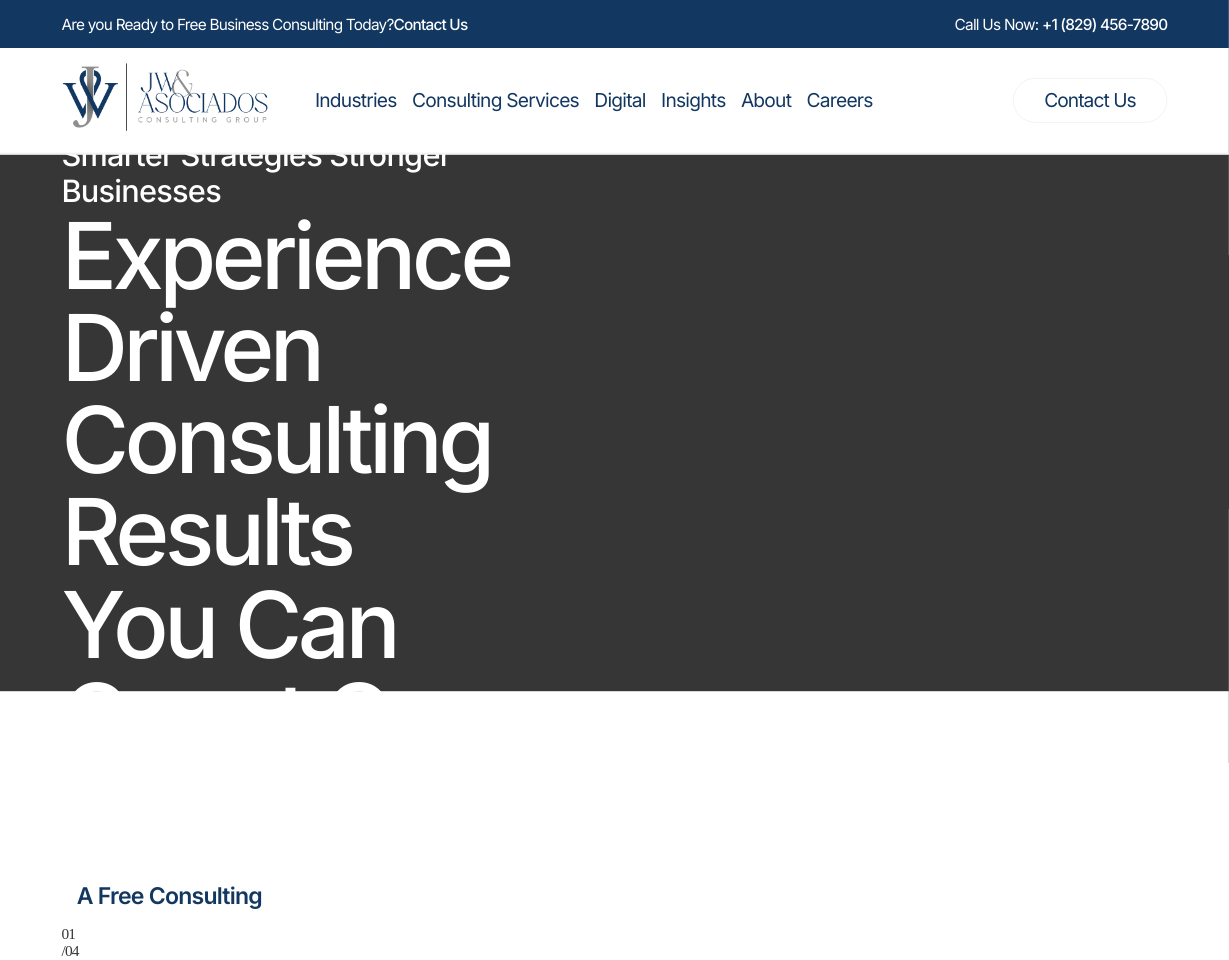
Repository: June-t/jwsyasociados
Page: /
The author's editor kept a copy of each file at every save. The page is drawn from the files as they stood at one save, then again after the next save.
The browser window is 1280 px wide. The pictures show the whole page, at 96% of full size.
The project was rebuilt for these pictures with package versions that can differ from the ones it lists, and the page was loaded fresh each time. The framework's server and built-in components were replaced by stand-ins that run in the browser. Also part of the build but not shown: next.config.ts.

Above is the page before, as saved 2025-10-22 15:57:48.

### src/app/layout.tsx
import type { Metadata } from "next";
import { Inter } from "next/font/google";
// Styles
// @ts-ignore
import "../app/style/main.css";

import Footer from "@/app/common/Footer";
import Header from "@/app/common/Header";

const inter = Inter({ subsets: ["latin"], variable: "--font-inter" });

export const metadata: Metadata = {
  title: "Create Next App",
  description: "Generated by create next app",
};

export default function RootLayout({
  children,
}: Readonly<{
  children: React.ReactNode;
}>) {
  return (
    <html lang='en'>
      <body className={`${inter.variable} antialiased`}>
        <Header />
        <main className='wrapper'>{children}</main>
        <Footer />
      </body>
    </html>
  );
}

### src/app/page.tsx
export default function Main() {
  return (
    <>
      <section className='main__hero'>
        <div className='hero__slider'>
          <span>Smarter Strategies Stronger Businesses</span>
          <h1>
            Experience Driven <br /> Consulting Results <br /> You Can Count On
          </h1>
          <p>
            Whether you're Icmng to streamline operations, scale sustainably, or
            navigate complex challenges, our consulting services are built to
            deliver measurable results and long-term impact & hands support.
          </p>
          <a href='#'>A Free Consulting</a>
        </div>
        <div className='hero__progress'>
          <div className='progress__status'>
            <span>01</span>
          </div>
          <div className='progress__line' />
          <div className='progress__total'>
            <span>/04</span>
          </div>
        </div>
      </section>
      <section className='main__about'></section>
      <section className='main__services'></section>
      <section className='main__clients'></section>
      <section className='main__work'></section>
      <section className='main__team'></section>
      <section className='main__contact'></section>
    </>
  );
}

### src/app/style/main.css
/* SETTINGS */
@import "./settings/_settings.import.css";

/* TOOLS  */
@import "./tools/_tools.import.css";

/* GENERIC  */
@import "./generic/_generic.import.css";

/* ELEMENTS  */
@import "./elements/_elements.import.css";

/* OBJECTS  */
@import "./objects/_objects.import.css";

/* COMPONENTS  */
@import "./components/_components.import.css";

/* PAGES  */
@import "./pages/_pages.import.css";

/* TRUMPS  */
@import "./trumps/_trumps.css";

### src/app/common/Footer.tsx
export default function Footer() {
  return <footer className='footer'></footer>;
}

### src/app/common/Header.tsx
import Logo from "@/app/assets/logo.png";
export default function Header() {
  return (
    <header className='header'>
      <div className='header__banner'>
        <span>
          Are you Ready to Free Business Consulting Today?
          <a href='#'>Contact Us</a>
        </span>
        <span>
          Call Us Now: <a>+1 (829) 456-7890</a>
        </span>
      </div>
      <div className='header__navegation'>
        <div className='header__logo'>
          <img src={Logo.src} alt='JWS Y Asociados Logo' />
        </div>
        <div className='header__nav'>
          <ul className='header__nav-list'>
            <li className='header__nav-item'>
              <a href='#'>Industries</a>
            </li>
            <li className='header__nav-item'>
              <a href='#'>Consulting Services</a>
            </li>
            <li className='header__nav-item'>
              <a href='#'>Digital</a>
            </li>
            <li className='header__nav-item'>
              <a href='#'>Insights</a>
            </li>
            <li className='header__nav-item'>
              <a href='#'>About</a>
            </li>
            <li className='header__nav-item'>
              <a href='#'>Careers</a>
            </li>
          </ul>
        </div>
        <div className='header__menu'>
          <button className='btn__primary'>Contact Us</button>
          <div className='btn__menu'></div>
        </div>
      </div>
    </header>
  );
}

### src/app/style/settings/_settings.import.css
@import "./_variables.css";

### src/app/style/tools/_tools.import.css
@import "./_mixins.css";

### src/app/style/generic/_generic.import.css
@import "./_base.css";
@import "./_reset.css";

### src/app/style/elements/_elements.import.css
@import "./_articles.css";

### src/app/style/objects/_objects.import.css
@import "./_object.css";

### src/app/style/components/_components.import.css
@import "./_header.css";
@import "./_footer.css";

### src/app/style/pages/_pages.import.css
@import "./_home.css";

### src/app/style/generic/_base.css
* {
  box-sizing: border-box;
}

html,
body {
  height: auto;
  color: var(--black);
}
.wrapper {
  height: auto;
}

### src/app/style/settings/_variables.css
:root {
  /* colors primary */
  --primary: #123761;
  /* colors */
  --white: #fff;
  --black: #363636;
  --gray: #8e8e8e;
  /* space */
  --wrapper-space: clamp(20px, 5vw, 100px); /* Min: 20px, Max: 200px */
  --wrapper-space-articles: 40dvh; /* Min: 20px, Max: 40dvh */
  --wrapper-space-article: 40dvh;
  --max-width: 135rem;
  /* weight */
  --w-light: 300;
  --w-regular: 400;
  --w-medium: 500;
  --w-semibold: 600;
  --w-bold: 700;
  /* z-index */
  --top: 999;
  /* font-size */
  --junicode: "Junicode VF";
  --helvetica: "Helvetica";
  /* Tipografía responsiva (sin breakpoints manuales) */
  --f-smallest: clamp(12px, 1vw + 14px, 16px); /* Min: 12px, Max: 18px */
  --f-small: clamp(14px, 1vw + 16px, 20px); /* Min: 14px, Max: 20px */
  --f-medium: clamp(16px, 1vw + 18px, 24px); /* Min: 16px, Max: 24px */
  --f-large: clamp(20px, 1.5vw + 20px, 32px); /* Min: 20px, Max: 32px */
  --f-xlarge: clamp(24px, 2vw + 24px, 40px); /* Min: 24px, Max: 40px */
  --f-xxlarge: clamp(48px, 3vw + 48px, 62px); /* Min: 48px, Max: 96px */
}

:root {
  --wrapper-space-articles: 40dvh;
  --wrapper-space-article: 40dvh;

  @media (width <= 576px) {
    --wrapper-space-articles: 2dvh;
    --wrapper-space-article: 2dvh;
  }
  @media (577px <= width <= 768px) {
    --wrapper-space-articles: 3dvh;
    --wrapper-space-article: 3dvh;
  }
  @media (769px <= width <= 992px) {
    --wrapper-space-articles: 10dvh;
    --wrapper-space-article: 10dvh;
  }

  @media (993px <= width <= 1200px) {
    --wrapper-space-articles: 10dvh;
    --wrapper-space-article: 10dvh;
  }

  @media (1201 <= width <= 1600px) {
    --wrapper-space-articles: 25dvh;
    --wrapper-space-article: 25dvh;
  }

  @media (width > 1601px) {
    --wrapper-space-articles: 40dvh;
    --wrapper-space-article: 60dvh;
  }
}

### src/app/style/pages/_home.css
.main__hero {
  height: 100dvh;
  padding-inline: var(--wrapper-space);
  background: var(--black);
  padding-top: 20dvh;
  padding-bottom: 10dvh;
  display: grid;
  grid-template-rows: 1fr max-content;

  .hero__slider {
    display: flex;
    flex-direction: column;
    justify-content: center;
    width: 50%;

    h1 {
      font-family: var(--font-inter);
      font-style: normal;
      font-weight: 500;
      font-size: 96px;
      line-height: 100%;
      letter-spacing: -0.05em;
      color: var(--white);
    }

    span {
      font-family: var(--font-inter);
      font-weight: var(--w-medium);
      font-size: var(--f-large);
      color: var(--white);
    }

    p {
      font-family: var(--font-inter);
      font-size: var(--f-medium);
      color: var(--white);
      font-weight: var(--w-light);
    }

    a {
      padding: 1rem;
      background: var(--white);
      border-radius: 5rem;
      font-family: var(--font-inter);
      font-weight: var(--w-semibold);
      font-size: var(--f-medium);
      color: var(--primary);
      width: max-content;
    }
  }
}

### src/app/style/tools/_mixins.css
/* Extra pequeños dispositivos (móviles, hasta 576px) */
@media (width <= 576px) {
}

/* Dispositivos pequeños (móviles grandes, entre 577px y 768px) */
@media (577px <= width <= 768px) {
}

/* Dispositivos medianos (tablets, entre 769px y 992px) */
@media (769px <= width <= 992px) {
}

/* Dispositivos grandes (desktops, entre 993px y 1200px) */
@media (993px <= width <= 1200px) {
}

/* Dispositivos extra grandes (desktops grandes, más de 1200px) */
@media (width > 1200px) {
}

### src/app/style/objects/_object.css
.label {
  display: flex;
  grid-gap: 5px;

  .label__category {
    font-weight: var(--w-medium);
    font-size: var(--f-smallest);
    color: var(--primary);
  }

  .label__divider {
    display: flex;
    align-items: center;
    color: var(--primary);
  }

  .label__time {
    font-weight: var(--w-regular);
    font-size: var(--f-smallest);
    color: var(--primary);
  }
}

.seemore {
  display: flex;
  align-items: center;
}

### src/app/style/components/_header.css
.header {
  border-bottom: 2px solid #f2f2f2;
  background: var(--white);
  position: absolute;
  width: 100%;

  .header__banner {
    background: var(--primary);
    padding-inline: var(--wrapper-space);
    padding-block: 1rem;
    display: flex;
    justify-content: space-between;

    span {
      font-family: var(--font-inter);
      font-weight: var(--w-regular);
      font-size: var(--f-smallest);
      color: var(--white);
      grid-gap: 10px;

      a {
        font-family: var(--font-inter);
        font-weight: var(--w-medium);
        font-size: var(--f-smallest);
        color: var(--white);
      }
    }
  }

  .header__navegation {
    display: grid;
    grid-template-columns: max-content 1fr max-content;
    padding-inline: var(--wrapper-space);
    padding-block: 1rem;
    grid-gap: 3rem;

    .header__logo {
      img {
        width: 30dvh;
      }
    }

    .header__nav {
      .header__nav-list {
        list-style: none;
        display: flex;
        grid-gap: 1rem;
        padding: 0px;
        margin: 0px;
        height: 100%;
        align-items: center;
        justify-content: flex-start;

        .header__nav-item {
          a {
            font-weight: var(--w-regular);
            font-size: var(--f-small);
            color: var(--primary);
            font-family: var(--font-inter);
          }
        }
      }
    }

    .header__menu {
      display: flex;
      justify-content: center;
      align-items: center;

      .btn__primary {
        color: var(--primary);
        background: #0000;
        border: 1px solid #f2f2f2;
        border-radius: 2rem;
        padding: 0.8rem 2rem;
        font-family: "Inter";
        font-weight: var(--w-regular);
        font-size: var(--f-small);
        line-height: 19px;
        letter-spacing: -0.05em;
      }
    }
  }
}

### src/app/style/elements/_articles.css
.lastest__content,
.news__square,
.outstanding__aside,
.news__section {
  a {
    &:hover {
      img,
      .flex {
        opacity: 0.5;
        transition: opacity ease-in-out 0.1s;
      }
      h3 {
        color: #868686 !important;
        transition: color ease-in-out 0.1s;
      }
    }
  }
}

.content__item {
  display: flex;
  flex-direction: column;
  grid-gap: 1rem;

  .item__image {
    display: flex;

    a {
      width: 100%;
    }

    img {
      height: 30dvh;
      width: 100%;
      object-fit: cover;
      border-radius: 10px;
      transition: opacity ease-in-out 0.1s;
    }
  }

  .item__information {
    display: flex;
    flex-direction: column;
    grid-gap: 10px;

    h3 {
      font-family: var(--junicode);
      font-weight: var(--w-bold);
      letter-spacing: -0.05em;
      color: var(--black);
      font-size: var(--f-large);
      line-height: 90%;
      transition: color ease-in-out 0.1s;
    }

    p {
      font-weight: var(--w-regular);
      color: #8e8e8e;
      font-size: var(--f-smallest);

      /* Clip */

      overflow: hidden;
      text-overflow: ellipsis;
      white-space: normal;
      word-break: break-word;
      line-height: 1.3;
      max-height: calc(1.3em * 2);
    }
  }
}

### src/app/style/generic/_reset.css
/*! normalize.css v8.0.1 | MIT License | github.com/necolas/normalize.css */

/* Document
   ========================================================================== */

/**
 * 1. Correct the line height in all browsers.
 * 2. Prevent adjustments of font size after orientation changes in iOS.
 */

* {
  margin: 0;
  padding: 0;
  box-sizing: border-box;
}

html {
  line-height: 1.15;
  letter-spacing: -0.05em;
  /* 1 */
  -webkit-text-size-adjust: 100%;
  /* 2 */
}

a:link,
a:visited,
a:active {
  text-decoration: none;
}

iframe {
  border: 0px !important;
}

/* Sections
     ========================================================================== */

/**
   * Remove the margin in all browsers.
   */

body {
  margin: 0;
}

/**
   * Render the `main` element consistently in IE.
   */

main {
  display: block;
}

/**
   * Correct the font size and margin on `h1` elements within `section` and
   * `article` contexts in Chrome, Firefox, and Safari.
   */

blockquote {
  color: var(--white);
}

/* layout.css | http://localhost:3000/_next/static/css/app/layout.css?v=1725121113981 */

/* Grouping content
     ========================================================================== */

/**
   * 1. Add the correct box sizing in Firefox.
   * 2. Show the overflow in Edge and IE.
   */

hr {
  box-sizing: content-box;
  /* 1 */
  height: 0;
  /* 1 */
  overflow: visible;
  /* 2 */
}

/**
   * 1. Correct the inheritance and scaling of font size in all browsers.
   * 2. Correct the odd `em` font sizing in all browsers.
   */

pre {
  font-family: monospace, monospace;
  /* 1 */
  font-size: var(--body);
  /* 2 */
}

/* Text-level semantics
     ========================================================================== */

/**
   * Remove the gray background on active links in IE 10.
   */

a {
  background-color: transparent;
}

/**
   * 1. Remove the bottom border in Chrome 57-
   * 2. Add the correct text decoration in Chrome, Edge, IE, Opera, and Safari.
   */

abbr[title] {
  border-bottom: none;
  /* 1 */
  text-decoration: underline;
  /* 2 */
  text-decoration: underline dotted;
  /* 2 */
}

/**
   * Add the correct font weight in Chrome, Edge, and Safari.
   */

/**
   * 1. Correct the inheritance and scaling of font size in all browsers.
   * 2. Correct the odd `em` font sizing in all browsers.
   */

code,
kbd,
samp {
  font-family: monospace, monospace;
  /* 1 */
  font-size: var(--body);
  /* 2 */
}

/**
   * Add the correct font size in all browsers.
   */

small {
  font-size: 80%;
}

/**
   * Prevent `sub` and `sup` elements from affecting the line height in
   * all browsers.
   */

sub,
sup {
  font-size: 75%;
  line-height: 0;
  position: relative;
  vertical-align: baseline;
}

sub {
  bottom: -0.25em;
}

sup {
  top: -0.5em;
}

/* Embedded content
     ========================================================================== */

/**
   * Remove the border on images inside links in IE 10.
   */

img {
  border-style: none;
}

/* Forms
     ========================================================================== */

/**
   * 1. Change the font styles in all browsers.
   * 2. Remove the margin in Firefox and Safari.
   */

button,
input,
optgroup,
select,
textarea {
  font-family: inherit;
  /* 1 */
  font-size: 100%;
  /* 1 */
  line-height: 1.15;
  /* 1 */
  margin: 0;
  /* 2 */
}

/**
   * Show the overflow in IE.
   * 1. Show the overflow in Edge.
   */

button,
input {
  /* 1 */
  overflow: visible;
}

/**
   * Remove the inheritance of text transform in Edge, Firefox, and IE.
   * 1. Remove the inheritance of text transform in Firefox.
   */

button,
select {
  /* 1 */
  text-transform: none;
}

/**
   * Correct the inability to style clickable types in iOS and Safari.
   */

button,
[type="button"],
[type="reset"],
[type="submit"] {
  -webkit-appearance: button;
}

/**
   * Remove the inner border and padding in Firefox.
   */

button::-moz-focus-inner,
[type="button"]::-moz-focus-inner,
[type="reset"]::-moz-focus-inner,
[type="submit"]::-moz-focus-inner {
  border-style: none;
  padding: 0;
}

/**
   * Restore the focus styles unset by the previous rule.
   */

button:-moz-focusring,
[type="button"]:-moz-focusring,
[type="reset"]:-moz-focusring,
[type="submit"]:-moz-focusring {
  outline: 1px dotted ButtonText;
}

/**
   * Correct the padding in Firefox.
   */

fieldset {
  padding: 0.35em 0.75em 0.625em;
}

/**
   * 1. Correct the text wrapping in Edge and IE.
   * 2. Correct the color inheritance from `fieldset` elements in IE.
   * 3. Remove the padding so developers are not caught out when they zero out
   *    `fieldset` elements in all browsers.
   */

legend {
  box-sizing: border-box;
  /* 1 */
  color: inherit;
  /* 2 */
  display: table;
  /* 1 */
  max-width: 100%;
  /* 1 */
  padding: 0;
  /* 3 */
  white-space: normal;
  /* 1 */
}

/**
   * Add the correct vertical alignment in Chrome, Firefox, and Opera.
   */

progress {
  vertical-align: baseline;
}

/**
   * Remove the default vertical scrollbar in IE 10+.
   */

textarea {
  overflow: auto;
}

/**
   * 1. Add the correct box sizing in IE 10.
   * 2. Remove the padding in IE 10.
   */

[type="checkbox"],
[type="radio"] {
  box-sizing: border-box;
  /* 1 */
  padding: 0;
  /* 2 */
}

/**
   * Correct the cursor style of increment and decrement buttons in Chrome.
   */

[type="number"]::-webkit-inner-spin-button,
[type="number"]::-webkit-outer-spin-button {
  height: auto;
}

/**
   * 1. Correct the odd appearance in Chrome and Safari.
   * 2. Correct the outline style in Safari.
   */

[type="search"] {
  -webkit-appearance: textfield;
  /* 1 */
  outline-offset: -2px;
  /* 2 */
}

/**
   * Remove the inner padding in Chrome and Safari on macOS.
   */

[type="search"]::-webkit-search-decoration {
  -webkit-appearance: none;
}

/**
   * 1. Correct the inability to style clickable types in iOS and Safari.
   * 2. Change font properties to `inherit` in Safari.
   */

::-webkit-file-upload-button {
  -webkit-appearance: button;
  /* 1 */
  font: inherit;
  /* 2 */
}

/* Interactive
     ========================================================================== */

/*
   * Add the correct display in Edge, IE 10+, and Firefox.
   */

details {
  display: block;
}

/*
   * Add the correct display in all browsers.
   */

summary {
  display: list-item;
}

/* Misc
     ========================================================================== */

/**
   * Add the correct display in IE 10+.
   */

template {
  display: none;
}

/**
   * Add the correct display in IE 10.
   */

[hidden] {
  display: none;
}

### src/app/style/components/_footer.css
.footer {
  height: 100%;
  background: var(--black);
  display: grid;
  grid-template-rows: 1fr max-content;
  margin-top: 5rem;

  .footer__navegation {
    padding: var(--wrapper-space);
    display: grid;
    grid-template-columns: 0.5fr 1fr;

    @media (width <= 768px) {
      grid-template-columns: 1fr;
      display: grid;
      grid-gap: 2rem;
    }

    h1 {
      font-family: var(--junicode);
      font-weight: var(--w-light);
      font-size: var(--f-xxlarge);
      line-height: 80%;
      letter-spacing: -0.05em;
      color: var(--white);
    }

    .navegation__nav {
      display: flex;
      grid-gap: 10rem;
      justify-content: center;

      @media (width <= 768px) {
        grid-gap: 2rem;
        flex-wrap: wrap;
        justify-content: start;
      }

      .navegation__nav--item {
        display: flex;
        flex-direction: column;
        grid-gap: 1rem;

        span {
          font-weight: var(--w-regular);
          font-size: var(--f-smallest);

          line-height: 80%;
          letter-spacing: -0.05em;
          text-transform: uppercase;
          color: rgba(228, 225, 213, 0.4);
        }

        .links {
          display: flex;
          flex-direction: column;
          grid-gap: 10px;

          a {
            font-weight: var(--w-regular);
            font-size: var(--f-small);
            line-height: 80%;
            letter-spacing: -0.05em;
            color: var(--white);
          }
        }
      }
    }
  }

  .footer__copyright {
    display: flex;
    justify-content: space-between;
    border-top: 1px solid color-mix(in srgb, var(--white) 10%, transparent);
    padding-block: 2rem;
    padding-inline: var(--wrapper-space);

    @media (width <= 768px) {
      grid-gap: 1rem;
      flex-wrap: wrap;
    }

    span {
      font-weight: var(--w-regular);
      letter-spacing: -0.05em;
      color: var(--white);
      font-size: var(--f-smallest);
    }

    .copyright__links {
      display: flex;
      grid-gap: 1rem;

      a {
        font-weight: var(--w-regular);
        letter-spacing: -0.05em;
        color: var(--white);
        font-size: var(--f-smallest);
      }
    }
  }
}

Loaded but not shown: src/app/style/trumps/_trumps.css (no copy from this time; the picture is the same without it)

After the next save:
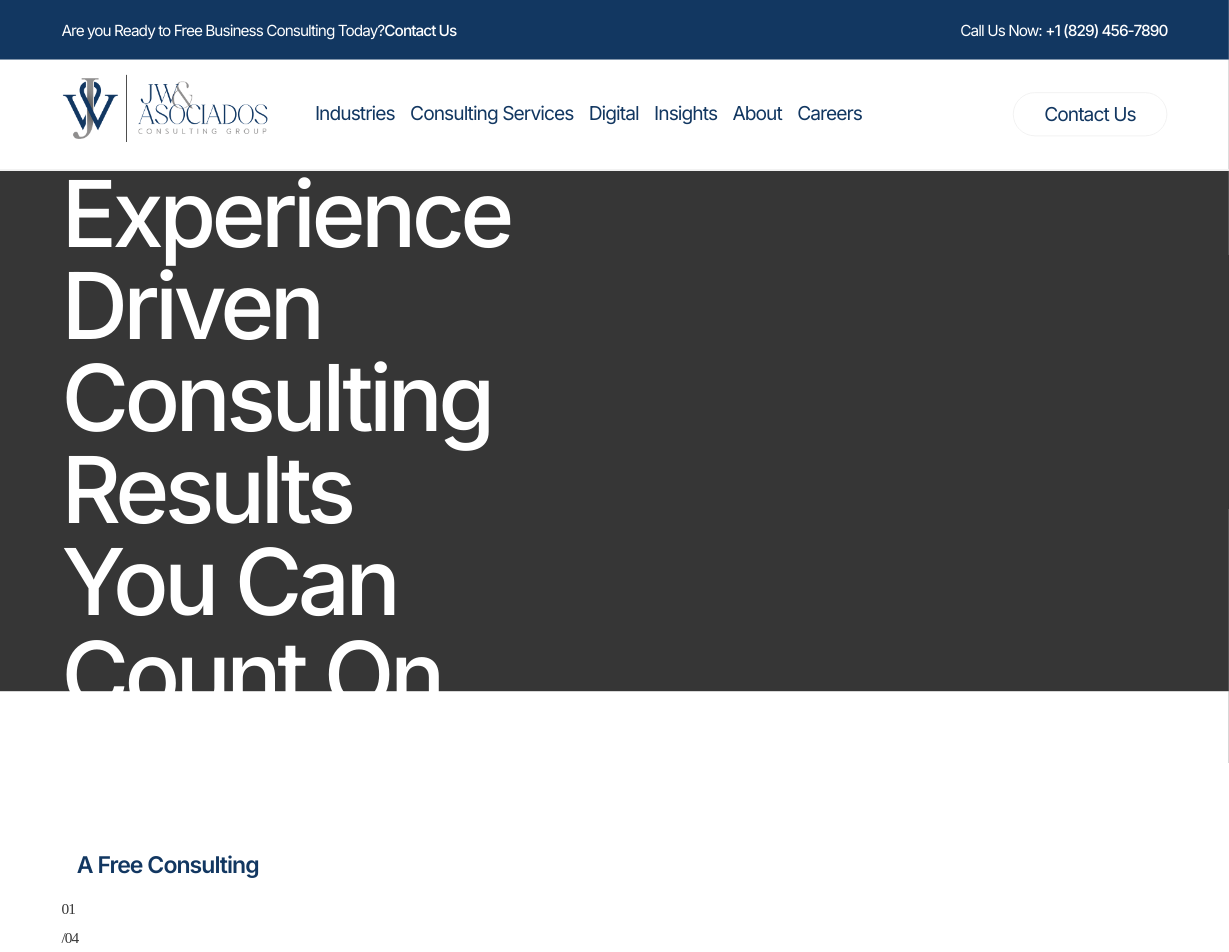
Saved 4 s later.
--- a/src/app/style/generic/_base.css
+++ b/src/app/style/generic/_base.css
@@ -1,5 +1,7 @@
 * {
   box-sizing: border-box;
+  line-height: 30px;
+  letter-spacing: -1px;
 }
 
 html,
